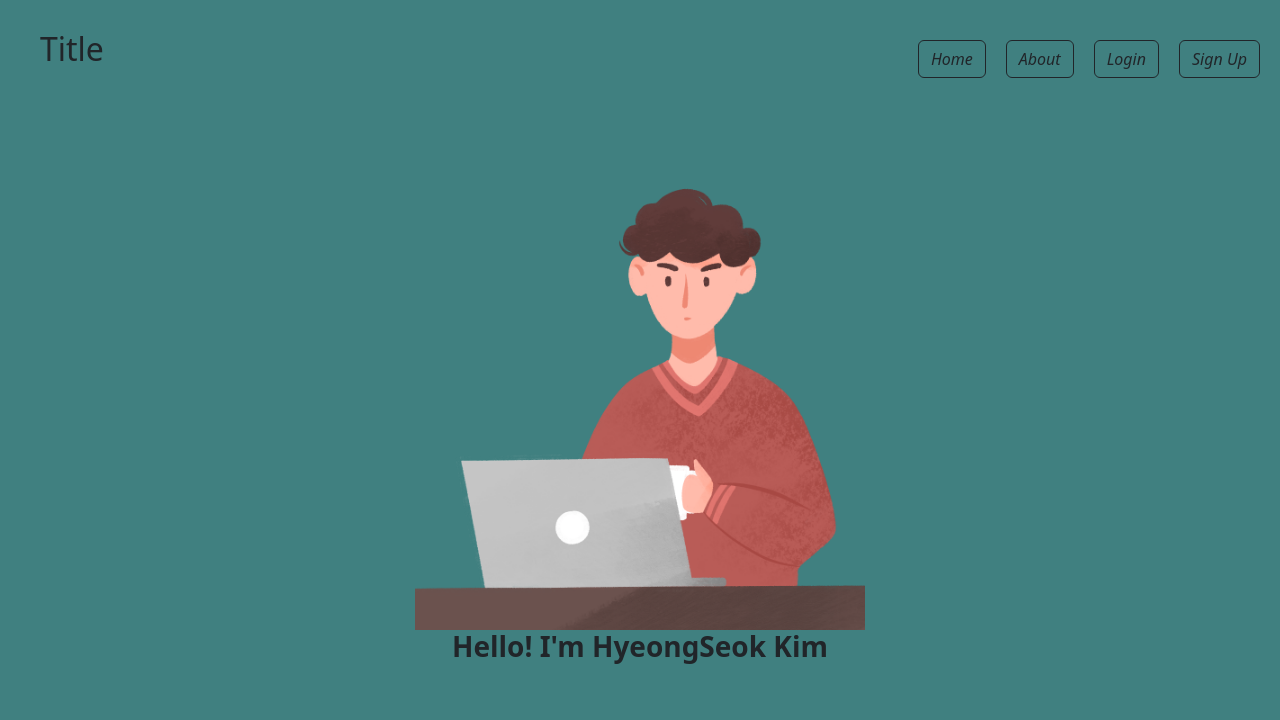
Repository: beruzz/ezen
Page: http://localhost/introduce/
These files come from the project's save history. The page is drawn as it stood at one moment and after the next save; the edit follows.
The browser window is 1280 px wide. The pictures show the whole page.
An inner scrolling area shows only its first screen. The page is served by Tomcat 9. The template is opened directly, without the code that normally fills it, so the values that code supplies are empty.

Above is the page before, as saved 2022-12-14 08:09:13.

After the next save:
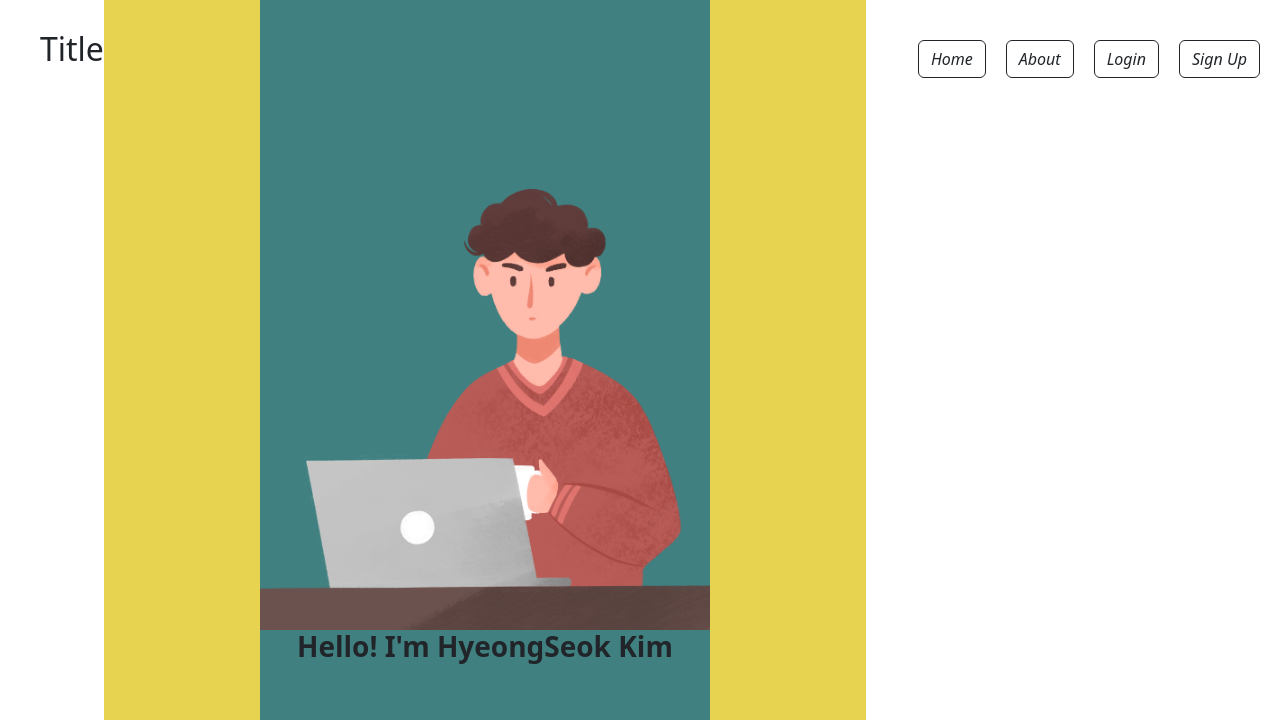
Saved 2 min 55 s later.
--- a/JSP_Board&Member/introduce/src/main/webapp/index.jsp
+++ b/JSP_Board&Member/introduce/src/main/webapp/index.jsp
@@ -37,12 +37,14 @@
 				</c:if>
 			</nav>
 		</header>
+		<div class="list">
 		<div class="one">
 			<span class="profile"><img src="/images/me.png" width="450px;"
 				height="450px" alt=""></span>
 			<h3>
 				<strong>Hello! I'm HyeongSeok Kim</strong>
 			</h3>
+		</div>
 		</div>
 
 		<div class="list">
